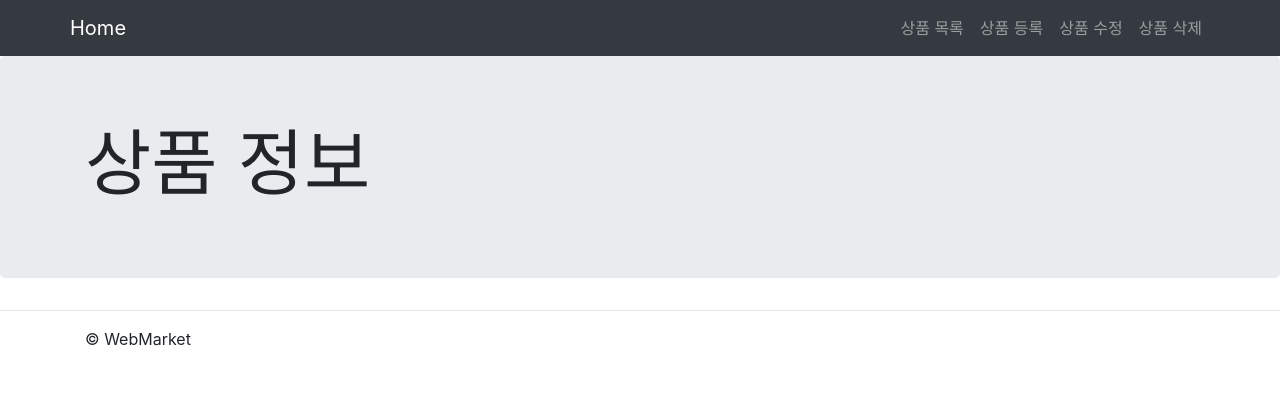
Repository: lhj257/jspwrokspace
Page: http://localhost/WebMarket/product.jsp?id=P1234
The author's editor kept a copy of each file at every save. The page is drawn from the files as they stood at one save, then again after a run of saves.
The browser window is 1280 px wide. The pictures show the whole page.
The page is served by Tomcat 9. Other server files are loaded and not shown. Queries for data that is not in the repository find no rows.

Above is the page before, as saved 2023-09-01 05:26:02.

### WebMarket/src/main/webapp/product.jsp
<%@page import="java.sql.ResultSet"%>
<%@page import="java.sql.PreparedStatement"%>
<%@page import="dao.ProductRepository"%>
<%@ page language="java" contentType="text/html; charset=UTF-8"
	pageEncoding="UTF-8"%>
<%@ page import="dto.Product"%>
<%-- <jsp:useBean id="productDAO" class="dao.ProductRepository"
	scope="session" /> --%>
<!DOCTYPE html>
<html>
<head>
<link rel="stylesheet"
	href="https://cdn.jsdelivr.net/npm/bootstrap@4.0.0/dist/css/bootstrap.min.css"
	integrity="sha384-Gn5384xqQ1aoWXA+058RXPxPg6fy4IWvTNh0E263XmFcJlSAwiGgFAW/dAiS6JXm"
	crossorigin="anonymous">
<meta charset="UTF-8">
<title>상품 상세 정보</title>
<script type="text/javascript">
	function addToCart(){
		if(confirm("상품을 장바구니에 추가하시겠습니까?")){
			document.addForm.submit();
		}else {
			document.addForm.reset();
		}
	}
</script>
</head>
<body>
	<jsp:include page="menu.jsp" />
	<div class="jumbotron">
		<div class="container">
			<h1 class="display-3">상품 정보</h1>
		</div>
	</div>
	<%@include file="dbconn.jsp" %>
			<%
			PreparedStatement pstmt=null;
			ResultSet rs=null;
			String sql="select * from product";
			pstmt = conn.prepareStatement(sql);
			rs=pstmt.executeQuery();
			while(rs.next()){
			%>
	<div class="container">
		<div class="row">
			<div class="col-md-5">
				<img src="/upload/<%=rs.getString("p_fileName") %>" style="width: 100%">
			</div>
			<div class="col-md-6">
				<h3><%=rs.getString("p_name")%></h3>
				<p><%=rs.getString("p_description")%>
				<p>
					<b>상품 코드 : </b><span class="badge badge-danger"><%=rs.getString("p_id")%></span>
				<p>
					<b>제조사</b> :
					<%=rs.getString("p_manufacturer")%>
				<p>
					<b>분류</b> :
					<%=rs.getString("p_category")%>
				<p>
					<b>재고 수</b> :
					<%=rs.getString("p_unitsInStock")%>
				<h4><%=rs.getString("p_UnitPrice")%>원
				</h4>
				<p><form name="addForm" action="./addCart.jsp?id=<%=rs.getString("p_id")%>" method="post">
				<a href="#" class="btn btn-info" onclick="addToCart()">상품 주문&raquo;</a>
				<a href="./cart.jsp" class="btn btn-warning">장바구니 &raquo;</a>
				<a href="./products.jsp" class="btn btn-secondary">상품 목록&raquo;</a>

				</form>
				<%
			}if(rs!=null)
				rs.close();
			if(pstmt !=null)
				pstmt.close();
			if(conn!=null)
				conn.close();
			%>
			</div>
		</div>
		<hr>
	</div>
	<jsp:include page="footer.jsp" />
</body>
</html>

### WebMarket/src/main/webapp/dbconn.jsp
<%@page import="java.sql.SQLException"%>
<%@page import="java.sql.DriverManager"%>
<%@page import="java.sql.Connection"%>
<%@ page language="java" contentType="text/html; charset=UTF-8"
    pageEncoding="UTF-8"%>
<%
Connection conn=null;
try{
String url="jdbc:mysql://localhost:3306/WebMarketDB";
String user = "root";
String password = "1234";

Class.forName("com.mysql.jdbc.Driver");
conn=DriverManager.getConnection(url,user,password);
}catch(SQLException ex){
	out.println("데이터베이스 연결이 실패했습니다.<br>");
	out.println("SQLException: " + ex.getMessage());
}
%>

### WebMarket/src/main/webapp/menu.jsp
<%@ page language="java" contentType="text/html; charset=UTF-8"
	pageEncoding="UTF-8"%>
<nav class="navbar navbar-expand navbar-dark bg-dark">
	<div class="container">
		<div class="navbar-header">
			<a class="navbar-brand" href="./welcome.jsp">Home</a>
		</div>
		<div>
			<ul class="navbar-nav mr-auto">
				<li class="nav-item"><a class="nav-link" href="./products.jsp">상품 목록</a></li>
				<li class="nav-item"><a class="nav-link" href="./addProduct.jsp">상품 등록</a></li>
				<li class="nav-item"><a class="nav-link" href="./editProduct.jsp?edit=update">상품 수정</a></li>
				<li class="nav-item"><a class="nav-link" href="./editProduct.jsp?edit=delete">상품 삭제</a></li>
			</ul>
		</div>

	</div>
</nav>

Loaded but not shown: WebMarket/src/main/webapp/footer.jsp (common file)

After the next 2 saves:
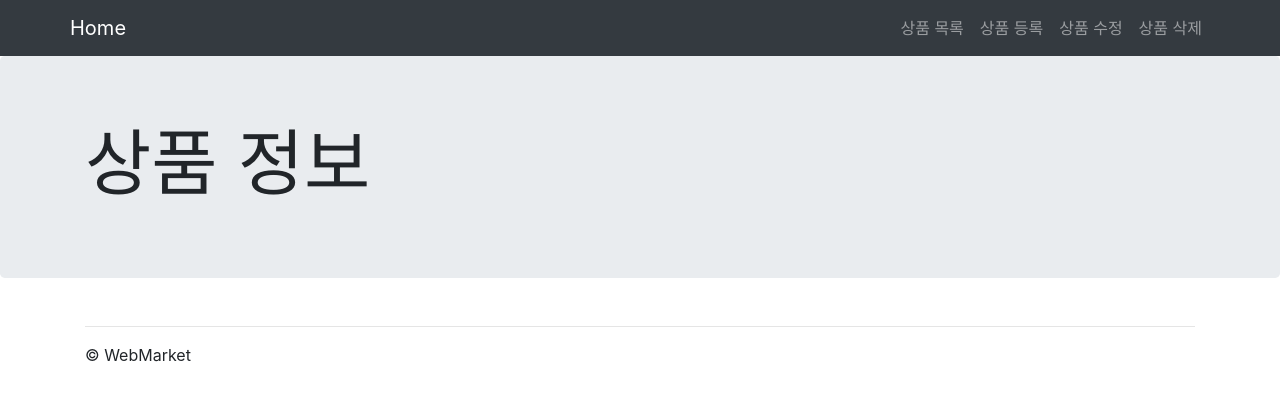
The 2 saves are shown as one change because they came seconds apart.
The last was saved 80 s later.
--- a/WebMarket/src/main/webapp/product.jsp
+++ b/WebMarket/src/main/webapp/product.jsp
@@ -32,7 +32,10 @@
 			<h1 class="display-3">상품 정보</h1>
 		</div>
 	</div>
-	<%@include file="dbconn.jsp" %>
+
+	<div class="container">
+		<div class="row">
+		<%@include file="dbconn.jsp" %>
 			<%
 			PreparedStatement pstmt=null;
 			ResultSet rs=null;
@@ -41,8 +44,6 @@
 			rs=pstmt.executeQuery();
 			while(rs.next()){
 			%>
-	<div class="container">
-		<div class="row">
 			<div class="col-md-5">
 				<img src="/upload/<%=rs.getString("p_fileName") %>" style="width: 100%">
 			</div>
@@ -66,9 +67,9 @@
 				<a href="#" class="btn btn-info" onclick="addToCart()">상품 주문&raquo;</a>
 				<a href="./cart.jsp" class="btn btn-warning">장바구니 &raquo;</a>
 				<a href="./products.jsp" class="btn btn-secondary">상품 목록&raquo;</a>
-
 				</form>
-				<%
+			</div>
+			<%
 			}if(rs!=null)
 				rs.close();
 			if(pstmt !=null)
@@ -76,7 +77,6 @@
 			if(conn!=null)
 				conn.close();
 			%>
-			</div>
 		</div>
 		<hr>
 	</div>
